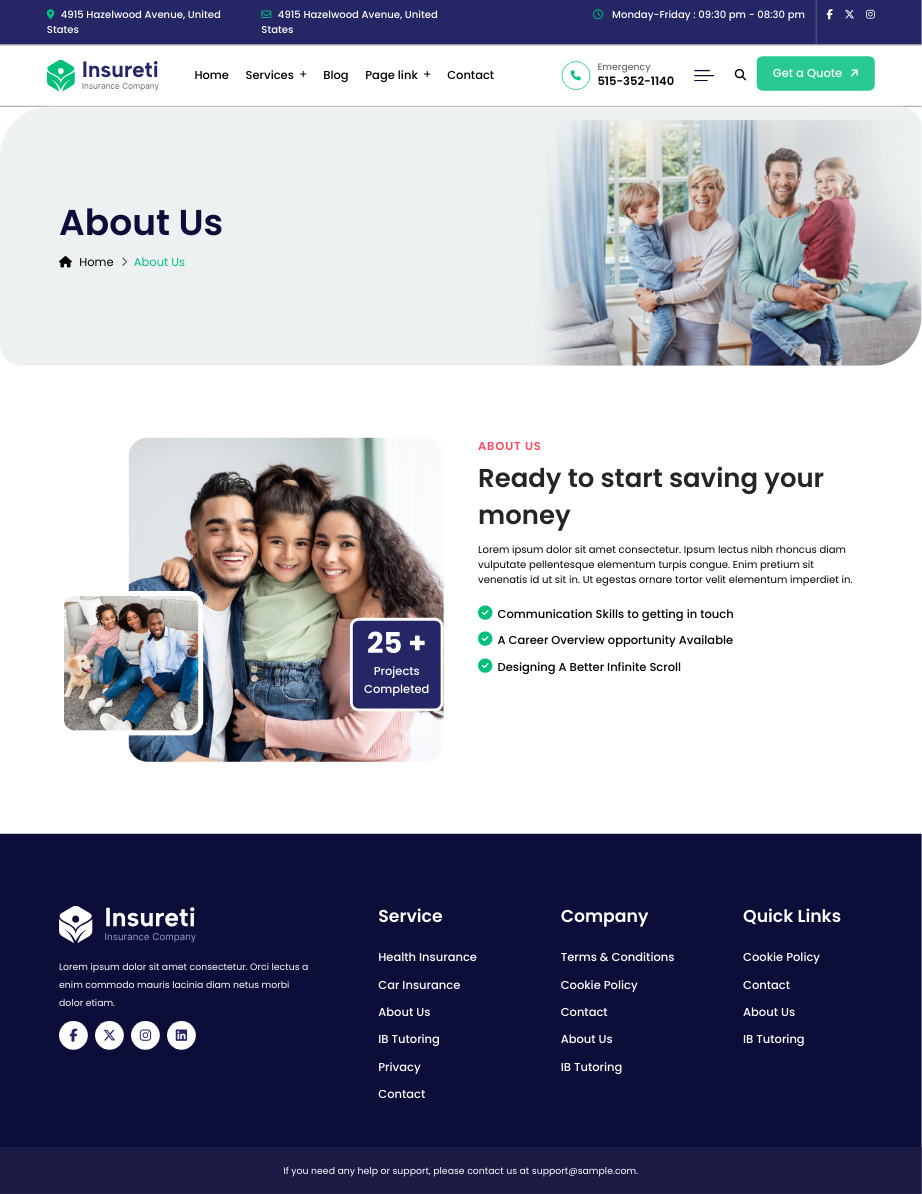
Repository: Tanmay226/it-portfolio-site
Page: it-company/about-us.html
These files come from the project's save history. The page is drawn as it stood at one moment and after the next save; the edit follows.
The browser window is 1280 px wide. The pictures show the whole page, at 72% of full size.
Some web libraries are served in a nearby version.

Above is the page before, as saved 2024-11-05 21:41:42.

### it-company/about-us.html
<!DOCTYPE html>
<html lang="en">

<head>
    <!-- Required meta tags -->
    <meta charset="utf-8" />
    <meta name="viewport" content="width=device-width, initial-scale=1" />
    <title>Tech </title>
    <!-- font-family -->
    <link rel="preconnect" href="https://fonts.googleapis.com">
    <link rel="preconnect" href="https://fonts.gstatic.com" crossorigin>
    <link
        href="https://fonts.googleapis.com/css2?family=Poppins:ital,wght@0,100;0,200;0,300;0,400;0,500;0,600;0,700;0,800;0,900;1,100;1,200;1,300;1,400;1,500;1,600;1,700;1,800;1,900&display=swap"
        rel="stylesheet">
    <!-- font-awsome -->
    <link rel="stylesheet" href="https://cdnjs.cloudflare.com/ajax/libs/font-awesome/6.6.0/css/all.min.css" />
    <!-- Bootstrap CSS -->
    <link href="https://cdn.jsdelivr.net/npm/bootstrap@5.0.2/dist/css/bootstrap.min.css" rel="stylesheet" />
    <!-- AOS animation -->
    <link rel="stylesheet" href="https://unpkg.com/aos@next/dist/aos.css" />
    <!-- swiper js -->
    <link rel="stylesheet" href="https://cdnjs.cloudflare.com/ajax/libs/Swiper/11.0.5/swiper-bundle.css" />
    <!-- custom css -->
    <link rel="stylesheet" href="./assets/css/style.css" />
</head>

<body>
    <!-- header section start -->

    <div class="top-header">
        <div class="container-fluid">
            <div class="row">
                <div class="col-6">
                    <div class="top-left">
                        <ul class="top-nav">
                            <li><a href="#"><i class="fa-solid fa-location-dot"></i>4915 Hazelwood Avenue, United
                                    States</a></li>
                            <li><a href="#"><i class="fa-regular fa-envelope"></i>4915 Hazelwood Avenue, United
                                    States</a></li>
                        </ul>
                    </div>
                </div>
                <div class="col-6">
                    <div class="top-right">
                        <ul class="top-nav">
                            <li><a href="#"><i class="fa-regular fa-clock"></i> Monday-Friday : 09:30 pm - 08:30 pm</a>
                            </li>

                        </ul>
                        <ul class="top-media">
                            <li><a href="#"><i class="fa-brands fa-facebook-f"></i></a></li>
                            <li><a href="#"><i class="fa-brands fa-x-twitter"></i></a></li>
                            <li><a href="#"><i class="fa-brands fa-instagram"></i></a></li>

                        </ul>
                    </div>
                </div>
            </div>
        </div>
    </div>
    <!-- nanbar -->
    <nav class="navbar navbar-expand-lg main-nav ">
        <div class="container-fluid">
            <a class="navbar-brand header-logo" href="#"><img src="./assets/images/main-Logo.svg" alt=""></a>
            <!-- <a class="navbar-brand" href="#">Navbar</a> -->
            <button class="navbar-toggler" type="button" data-bs-toggle="collapse" data-bs-target="#navbarNavAltMarkup"
                aria-controls="navbarNavAltMarkup" aria-expanded="false" aria-label="Toggle navigation">
                <i class="fa-solid fa-bars"></i>
            </button>
            <div class="collapse navbar-collapse" id="navbarNavAltMarkup">
                <ul class="navbar-nav mega-dropdown">
                    <li class="nav-item">
                        <a class="nav-link active" href="#">Home </a>
                    </li>
                    <li class="nav-item dropdown">
                        <a class="nav-link dropdown-toggle " href="#" role="button" data-bs-toggle="dropdown"
                            aria-expanded="false">
                            Services
                        </a>
                        <ul class="dropdown-menu">
                            <li><a class="dropdown-item" href="#">Action</a></li>
                            <li class="nav-item dropdown"><a class="dropdown-item" href="#">Another action</a>
                                <ul class="dropdown-menu">
                                    <li><a class="dropdown-item" href="#">Action</a></li>
                                    <li><a class="dropdown-item" href="#">Another action</a></li>
                                    <li><a class="dropdown-item" href="#">page link</a></li>
                                    <li><a class="dropdown-item" href="#">page link</a></li>
                                    <li><a class="dropdown-item" href="#">page link</a></li>
                                    <li><a class="dropdown-item" href="#">page link</a></li>
                                </ul>
                            </li>
                            <li><a class="dropdown-item" href="#">page link</a></li>
                            <li><a class="dropdown-item" href="#">page link</a></li>
                            <li><a class="dropdown-item" href="#">page link</a></li>
                            <li><a class="dropdown-item" href="#">page link</a></li>
                        </ul>
                    </li>

                    <li class="nav-item">
                        <a class="nav-link" href="#">Blog</a>
                    </li>
                    <li class="nav-item dropdown">
                        <a class="nav-link dropdown-toggle" href="#" role="button" data-bs-toggle="dropdown"
                            aria-expanded="false">
                            Page link
                        </a>
                        <ul class="dropdown-menu">
                            <li><a class="dropdown-item" href="#">Action</a></li>
                            <li><a class="dropdown-item" href="#">Another action</a></li>
                            <li><a class="dropdown-item" href="#">Something else here</a></li>
                        </ul>
                    </li>
                    <li class="nav-item">
                        <a class="nav-link" href="#">Contact</a>
                    </li>
                </ul>
                <div class="right-button-box">

                    <div class="phone-icon d-flex align-items-center">
                        <div class="icon d-flex justify-content-center align-items-center"> <i
                                class="fa-solid fa-phone"></i>
                        </div>
                        <div class="info-wrap">
                            <p>Emergency</p> <a href="tel:515-352-1140" class="info">515-352-1140</a>
                        </div>
                    </div>

                    <!-- ./ mobile menu start -->

                    <button class="btn " type="button" data-bs-toggle="offcanvas" data-bs-target="#offcanvasExample"
                        aria-controls="offcanvasExample">
                        <svg width="28" height="16" viewBox="0 0 28 16" fill="none" xmlns="http://www.w3.org/2000/svg">
                            <path d="M1 1H21" stroke="#0D0D39" stroke-width="2" stroke-linecap="round"></path>
                            <path d="M1 8H27" stroke="#0D0D39" stroke-width="2" stroke-linecap="round"></path>
                            <path d="M1 15H18" stroke="#0D0D39" stroke-width="2" stroke-linecap="round"></path>
                        </svg>
                    </button>

                    <div class="offcanvas offcanvas-start" tabindex="-1" id="offcanvasExample"
                        aria-labelledby="offcanvasExampleLabel">
                        <div class="offcanvas-header">
                            <a class="navbar-brand header-logo" href="#"><img src="./assets/images/main-Logo.svg"
                                    alt=""></a>
                            <button type="button" class="btn-close " data-bs-dismiss="offcanvas" aria-label="Close"><i
                                    class="fa-solid fa-xmark"></i></button>
                        </div>
                        <div class="offcanvas-body">
                            <ul class="navbar-nav sidebar">
                                <li class="nav-item">
                                    <a class="nav-link active " href="#">Home </a>
                                </li>
                                <li class="nav-item dropdown">
                                    <a class="nav-link dropdown-toggle " href="#" role="button"
                                        data-bs-toggle="dropdown" aria-expanded="false">
                                        services
                                    </a>
                                    <ul class="dropdown-menu">
                                        <li><a class="dropdown-item" href="#">Action</a></li>
                                        <li><a class="dropdown-item" href="#">Another action</a></li>
                                        <li><a class="dropdown-item" href="#">page link</a></li>
                                        <li><a class="dropdown-item" href="#">page link</a></li>
                                        <li><a class="dropdown-item" href="#">page link</a></li>
                                        <li><a class="dropdown-item" href="#">page link</a></li>
                                    </ul>
                                </li>

                                <li class="nav-item">
                                    <a class="nav-link" href="#">Blog</a>
                                </li>
                                <li class="nav-item dropdown">
                                    <a class="nav-link dropdown-toggle" href="#" role="button" data-bs-toggle="dropdown"
                                        aria-expanded="false">
                                        Page link
                                    </a>
                                    <ul class="dropdown-menu">
                                        <li><a class="dropdown-item" href="#">Action</a></li>
                                        <li><a class="dropdown-item" href="#">Another action</a></li>
                                        <li><a class="dropdown-item" href="#">Something else here</a></li>
                                    </ul>
                                </li>
                                <li class="nav-item">
                                    <a class="nav-link" href="#">Contact</a>
                                </li>
                            </ul>
                            <div class="contact-box">
                                <h3>Contact</h3>
                                <ul class="top-nav">
                                    <li><a href="#"><i class="fa-solid fa-location-dot"></i>4915 Hazelwood Avenue,
                                            United States</a></li>
                                    <li><a href="#"><i class="fa-regular fa-envelope"></i>515-352-1140</a></li>
                                    <li><a href="#"><i class="fa-regular fa-envelope"></i>insurity@gmail.com</a></li>
                                </ul>
                                <ul class="social-media">
                                    <li><a href="#"><i class="fa-brands fa-facebook-f"></i></a></li>
                                    <li><a href="#"><i class="fa-brands fa-x-twitter"></i></a></li>
                                    <li><a href="#"><i class="fa-brands fa-instagram"></i></a></li>
                                    <li><a href="#"><i class="fa-brands fa-linkedin"></i></a></li>
                                </ul>
                            </div>
                        </div>
                    </div>
                    <!-- ./mobile menu -->
                    <div class="search-icon">
                        <ul>
                            <li><a href="#"><i class="fa-solid fa-magnifying-glass"></i></a></li>

                        </ul>
                    </div>
                    <!-- ./search box -->
                    <div class="nan btn-box">
                        <a href="#" class="custom-btn add-style"> Get a Quote <i
                                class="fa-solid fa-arrow-right"></i></a>
                    </div>

                </div>

            </div>
        </div>
        </div>
    </nav>

    <!--inner banner sec start -->
    <section class="inner-banner-sec custom-pad">
        <div class="banner-img"><img src="./assets/images/ser-ban.jpg" alt=""></div>
        <div class="container">
            <div class="row">
                <div class="col-lg-12">
                    <div class="inner-content">
                        <h2 class="banner-title">
                            About Us
                        </h2>
                        <nav class="custom-bread-crumb" aria-label="breadcrumb">
                            <ol class="breadcrumb">
                                <li class="breadcrumb-item"><a href="#">Home</a></li>
                                <li class="breadcrumb-item active" aria-current="page">About Us</li>
                            </ol>
                        </nav>
                    </div>
                </div>
            </div>
        </div>
    </section>
    <!--./inner banner sec start -->
    <!-- About sec -->
    <section class="about-sec custom-pad">
        <div class="container">
            <div class="row g-5">
                <div class="col-md-6">
                    <div class="about-right">

                        <div class="about-img">
                            <img src="./assets/images/h4-about-img.png" alt="">
                        </div>
<!--  -->
                        <div class="counter-wrapper">
                            <div class="stats rt-counter-box">
                                <div class="counter-number">
                                  </span>
                                  <span class="counting" data-count="25" data-duration="3000">0 </span>
                                  <span class="counter-unit">+</span>
                                </div>
                                <h5>Projects Completed</h5>
                              </div>

                        </div>


                    </div>
                </div>
                <div class="col-md-6">
                    <div class="about-left">
                        <div class="title-wrapper">
                            <h3 class="top-sub-title"> About Us</h3>
                            <h2 class="main-title">

                                Ready to start saving
                                your money
                            </h2>

                        </div>
                        <p class="para-mute">
                            Lorem ipsum dolor sit amet consectetur. Ipsum lectus nibh rhoncus diam vulputate
                            pellentesque elementum turpis congue. Enim pretium sit venenatis id ut sit in. Ut egestas
                            ornare tortor velit elementum imperdiet in.

                        </p>
                        <div class="feature-box">
                            <div class="row">
                                <div class="col-md-12">
                                    <div class="feature-box-right">
                                        <ul>
                                            <li><span><i class="fa-solid fa-circle-check"></i></span>Communication
                                                Skills to getting in touch</li>
                                            <li><span><i class="fa-solid fa-circle-check"></i></span>A Career Overview
                                                opportunity Available</li>
                                            <li><span><i class="fa-solid fa-circle-check"></i></span>Designing A Better
                                                Infinite Scroll</li>
                                        </ul>
                                    </div>
                                </div>
                            </div>
                        </div>
                    </div>

                </div> <!--./col-md-6-->

            </div><!--./row-->
        </div><!--./container-->
    </section>
    <!-- ./about end -->

    <!-- footer start -->
    <footer class="footer-sec white-clr-text custom-pad pb-0">
        <div class="container">
            <div class="row justify-content-between">
                <div class=" col-md-4">
                    <div class="footer-left-logo">
                        <figure>
                            <a href="#" class="footer-logo"><img src="./assets/images/white-logo.svg" class="img-fluid"
                                    alt=""></a>
                        </figure>
                        <p class="para-mute">
                            Lorem ipsum dolor sit amet consectetur. Orci lectus a enim commodo mauris lacinia diam netus
                            morbi dolor etiam.

                        </p>
                        <ul class="social-media">
                            <li><a href="#"><i class="fa-brands fa-facebook-f"></i></a></li>
                            <li><a href="#"><i class="fa-brands fa-x-twitter"></i></a></li>
                            <li><a href="#"><i class="fa-brands fa-instagram"></i></a></li>
                            <li><a href="#"><i class="fa-brands fa-linkedin"></i></a></li>
                        </ul>


                    </div>


                </div>
                <div class="col-lg-2 col-md-3 col-sm-4 col-6">
                    <h4 class="footer-link-header">Service</h4>
                    <ul>
                        <li><a href="#" class="footer-link">Health Insurance</a></li>
                        <li><a href="#" class="footer-link">Car Insurance</a></li>
                        <li><a href="#" class="footer-link">About Us</a></li>
                        <li><a href="#" class="footer-link">IB Tutoring</a></li>
                        <li><a href="#" class="footer-link">Privacy</a></li>
                        <li><a href="#" class="footer-link">Contact</a></li>


                    </ul>
                </div>

                <div class="col-lg-2 col-md-3 col-sm-4 col-6">
                    <h4 class="footer-link-header">Company</h4>

                    <ul>
                        <li><a href="#" class="footer-link">Terms &amp; Conditions</a></li>
                        <li><a href="#" class="footer-link">Cookie Policy</a></li>
                        <li><a href="#" class="footer-link">Contact</a></li>
                        <li><a href="#" class="footer-link">About Us</a></li>
                        <li><a href="#" class="footer-link">IB Tutoring</a></li>

                    </ul>
                </div>
                <div class="col-lg-2 col-md-6 col-sm-4">
                    <h4 class="footer-link-header">Quick Links</h4>

                    <ul>
                        <li><a href="#" class="footer-link">Cookie Policy</a></li>
                        <li><a href="#" class="footer-link">Contact</a></li>
                        <li><a href="#" class="footer-link">About Us</a></li>
                        <li><a href="#" class="footer-link">IB Tutoring</a></li>

                    </ul>


                </div>
            </div>
            <!-- <hr class="footer-hr"> -->
        </div>
        <div class="copy-right">
            <div class="container">
                <div class="row">
                    <div class="col-md-12">
                        <div class="footer-box">

                            <div class="footer-left">


                                <div class="footer-right">
                                    <p class="para-mute">If you need any help or support, please contact us at
                                        support@sample.com.</p>
                                </div>
                            </div>

                        </div>
                    </div>
                </div>
            </div>
    </footer>
    <!-- footer end -->
    <!-- Option 2: Separate Popper and Bootstrap JS -->
    <script src="https://cdn.jsdelivr.net/npm/@popperjs/core@2.9.2/dist/umd/popper.min.js"></script>
    <script src="https://cdn.jsdelivr.net/npm/bootstrap@5.0.2/dist/js/bootstrap.min.js"></script>

    <!-- jquery -->
    <script src="https://cdnjs.cloudflare.com/ajax/libs/jquery/3.7.1/jquery.min.js"></script>
    <!-- AOS animation  -->
    <script src="https://unpkg.com/aos@next/dist/aos.js"></script>
    <!-- swiper js -->
    <script src="https://cdnjs.cloudflare.com/ajax/libs/Swiper/11.0.5/swiper-bundle.min.js"></script>
    <!-- custom js -->
    <script src="./assets/js/custom.js"></script>

</body>

</html>

Loaded but not shown: it-company/assets/js/custom.js (124 lines, source omitted); it-company/assets/css/style.css (2092 lines, source omitted)

After the next save:
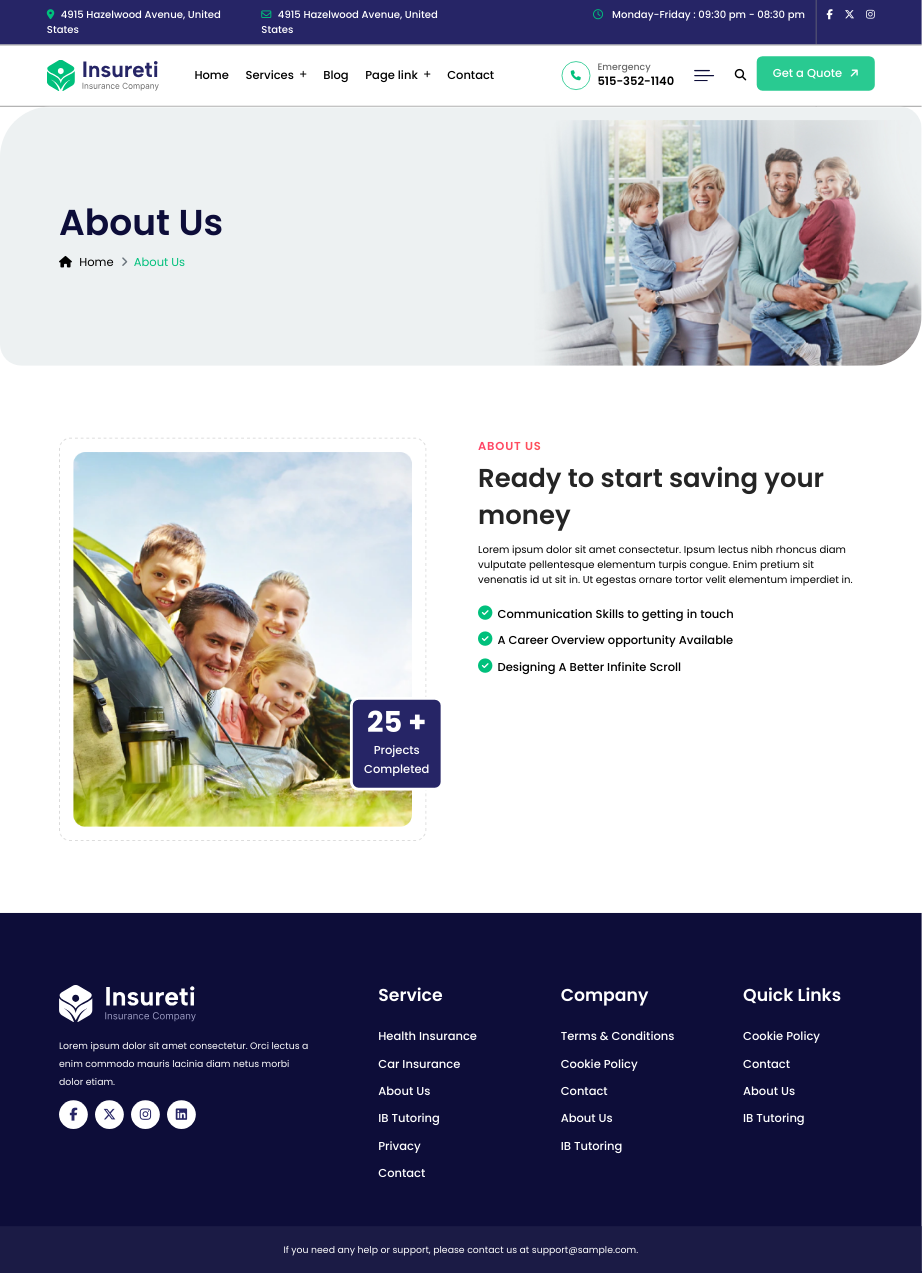
Saved 87 s later.
--- a/it-company/about-us.html
+++ b/it-company/about-us.html
@@ -249,7 +249,7 @@
                     <div class="about-right">
 
                         <div class="about-img">
-                            <img src="./assets/images/h4-about-img.png" alt="">
+                            <img src="./assets/images/about-new.png" alt="">
                         </div>
 <!--  -->
                         <div class="counter-wrapper">
